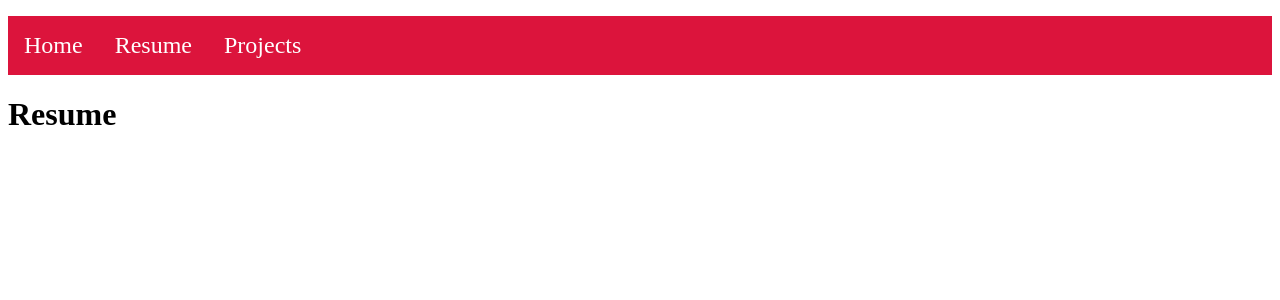
Repository: Zatarain10/Zatarain10.github.io
Page: resume.html
The author's editor kept a record of every edit. The page is drawn from the files as they stood at one moment, then again after the next edit.
The browser window is 1280 px wide. The pictures show the whole page.

Above is the page before.

### resume.html
<!DOCTYPE html>
<html>
    <head>
    <title>Home</title>
    <style>
        .navbar{
            list-style:none;
            background-color: Crimson;
            overflow:hidden;
            padding:0;
        }

        .navbar a, .dropdown div{
            text-decoration:none;
            color: white;
            font-size: 24px;
            padding: 16px;
            display:inline-block;
        }

        .navbar li{
            float:left;
        }

        .navbar li:hover{
            background-color:Cyan;
        }

        .dropdown-content{
            list-style:none;
            padding: 0;
            display:none;
            position:absolute;
            z-index:1;
            background-color: Crimson;
        }

        .dropdown-content li{
            float:none;
        }

        .dropdown:hover .dropdown-content{
            display:block;
        }
    </style>
    </head>
    <body>
        <ul class="navbar">
            <li><a href="/index.html">Home</a></li>
            <li class="active"><a href="resume.html">Resume</a></li>
            <li class="dropdown">
                <div>Projects</div>
                <ul class="dropdown-content">
                    <li><a href="#">Project 1</a></li>
                    <li><a href="#">Project 2</a></li>
                    <li><a href="#">Project 3</a></li>
                </ul>
            </li>
        </ul>

        <h1>Resume</h1>

    </body>
</html>

After the next edit:
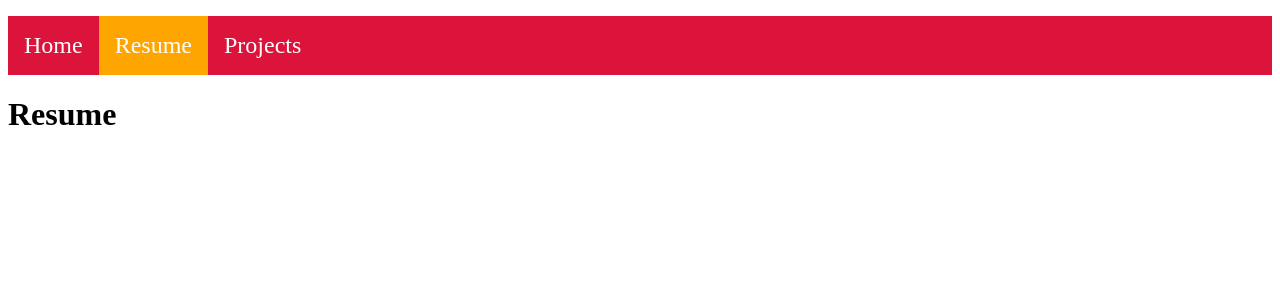
The edit:
--- a/resume.html
+++ b/resume.html
@@ -42,6 +42,10 @@
         .dropdown:hover .dropdown-content{
             display:block;
         }
+
+        .active{
+            background-color:orange;
+        }
     </style>
     </head>
     <body>
